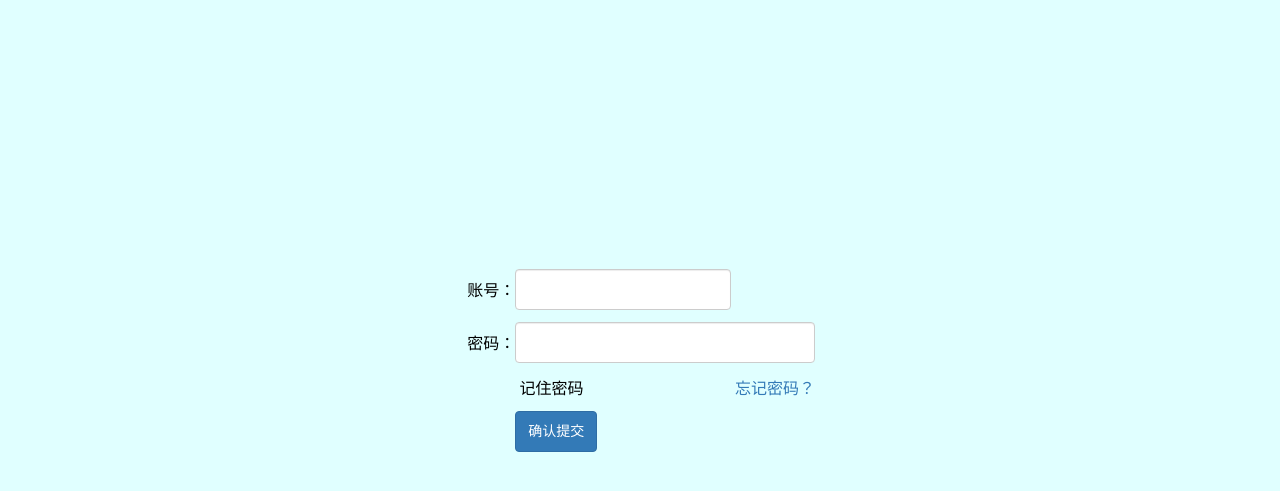
Repository: DeeFromChina/wechat
Page: http://localhost/wechat/jsp/login/login.jsp
An editor plug-in stored every save of this project. The page is shown before and after the next save, followed by the edit.
The browser window is 1280 px wide. The pictures show the whole page.
The page is served by Tomcat 9. Other server files are loaded and not shown.

Above is the page before, as saved 2018-02-12 07:24:45.

### wechat/web/jsp/login/login.jsp
<%@ page language="java" import="java.util.*" pageEncoding="UTF-8"%>

<!DOCTYPE HTML PUBLIC "-//W3C//DTD HTML 4.01 Transitional//EN">
<html>
<head>
<%@include file="../common/common.jsp"%>
<title></title>
<meta name="viewport" content="width=device-width, initial-scale=1" />
<link rel="stylesheet" href="<%=baseCss %>login/login.css?randomId=<%=Math.random()%>" type="text/css"/>
<style>
</style>
</head>
<script src="<%=baseJs %>web-frame/jquery.cookie.js?randomId=<%=Math.random()%>"></script>
<script src="<%=baseJs %>login/login.js?randomId=<%=Math.random()%>"></script>
<body bgcolor="#E0FFFF">
	<form id="dataForm">
		<table class="login-top">
			<col class="wi25"/>
			<col class="wi75"/>
			<tr>
				<td class="textR">
					<font class="font-14">账号：</font>
				</td>
				<td>
					<input type="text" id="name" name="name" class="form-control input-class" onkeydown="enter(event)">
				</td>
			</tr>
			<tr>
				<td class="textR">
					<font class="font-14">密码：</font>
				</td>
				<td colspan="3">
					<input type="password" id="password" name="password" class="form-control input-class" onkeydown="enter(event)">
				</td>
			</tr>
			<tr>
				<td>
				<td class="textL">
					<input type="hidden" id="remeberId" value="1" />
					<img id="remeber" class="remeberImg" onclick="changeRemeber()" />
					<font class="font-14 color9A9A9A">记住密码</font>
				</td>
				<td class="textR paddingRight19">
					<a onclick="javascipt:top.location.href='check_email1.jsp'" class="font-14 color00B38A hand">
						忘记密码？
					</a>
				</td>
				<td/>
			</tr>
			<tr>
				<td/>
				<td colspan="2">
					<button type="button" class="btn btn-primary submitBtn" onclick="goSubmit()">
						确认提交
					</button>
				</td>
				<td/>
			</tr>
		</table>
	</form>
</body>
</html>

### wechat/web/jsp/common/common.jsp
<%@ page language="java" import="java.util.*" pageEncoding="UTF-8"%>
<%
response.setHeader("Cache-Control","no-store");
response.setHeader("Pragrma","no-cache");
response.setDateHeader("Expires",0);
String basePath = request.getContextPath();
String baseJs = request.getContextPath() + "/js/";
String baseCss = request.getContextPath() + "/css/";
String baseJsp = request.getContextPath() + "/jsp/";
String baseImg = request.getContextPath() + "/img/";
%>
<!DOCTYPE HTML PUBLIC "-//W3C//DTD HTML 4.01 Transitional//EN">
<html>
<head>
<title>wechat</title>
<meta http-equiv="expires" content="0">
<meta http-equiv="keywords" content="keyword1,keyword2,keyword3">
<meta http-equiv="description" content="This is my page">
<meta http-equiv="Pragma" content="no-cache">
<meta http-equiv="Cache-control" content="no-cache">
<meta http-equiv="Cache" content="no-cache">
<link href="<%=baseCss %>web-frame/bootstrap.min.css?randomId=<%=Math.random()%>" rel="stylesheet">
<link href="<%=baseCss %>web-frame/base.css?randomId=<%=Math.random()%>" rel="stylesheet">
<link href="<%=baseCss %>web-frame/bootstrap-datetimepicker.min.css?randomId=<%=Math.random()%>" rel="stylesheet" />
<link href="<%=baseCss %>common/common.css?randomId=<%=Math.random()%>" type="text/css"/>
</head>
<script src="<%=baseJs %>web-frame/jquery-3.1.1.min.js?randomId=<%=Math.random()%>" type="text/javascript"></script>
<script src="<%=baseJs %>web-frame/jquery-ui.min.js?randomId=<%=Math.random()%>"></script>
<script src="<%=baseJs %>web-frame/bootstrap.js?randomId=<%=Math.random()%>"></script>
<script src="<%=baseJs %>web-frame/bootstrap-datetimepicker.js?randomId=<%=Math.random()%>" type="text/javascript"></script>
<script src="<%=baseJs %>web-frame/bootstrap-datetimepicker.zh-CN.js?randomId=<%=Math.random()%>" type="text/javascript"></script>
<script src="<%=baseJs %>web-frame/ajaxfileupload.js?randomId=<%=Math.random()%>" type="text/javascript"></script>
<script src="<%=baseJs %>common/form.js?randomId=<%=Math.random()%>" type="text/javascript"></script>
<script src="<%=baseJs %>common/page.js?randomId=<%=Math.random()%>" type="text/javascript"></script>
<script src="<%=baseJs %>common/dictionaries.js?randomId=<%=Math.random()%>" type="text/javascript"></script>
<script src="<%=baseJs %>common/ajaxSubmit.js?randomId=<%=Math.random()%>" type="text/javascript"></script>
<script src="<%=baseJs %>common/common.js?randomId=<%=Math.random()%>" type="text/javascript"></script>
<script src="<%=baseJs %>common/checkUtil.js?randomId=<%=Math.random()%>" type="text/javascript"></script>
<script src="<%=baseJs %>common/VCode.js?randomId=<%=Math.random()%>" type="text/javascript"></script>
<script src="<%=baseJs %>common/checkbox.js?randomId=<%=Math.random()%>" type="text/javascript"></script>
<script language="javascript">
</script>
<body>
<input type="button" id="closeListenerBtn" class="hide" onclick="closedialog()"/>
</body>
</html>

### wechat/web/css/web-frame/base.css
input:focus{
	-webkit-transition:border linear .2s,-webkit-box-shadow linear .5s;
	border:1px #CCCCCC solid;
	-webkit-box-shadow:0 0 0px rgba(255,255,255);
	outline:none;
}
button{
	height:41px;
}
button:focus{
	outline:none;
}
.btn-primary:hover{
	-webkit-box-shadow:0 0 0px rgba(255,255,255);
	border:1px #00B389 solid;
}
.textL {
	align: left;
	text-align: left;
}

.textR {
	align: right;
	text-align: right;
}

.textC {
	align: center;
	text-align: center;
}

.triangle-up {
	width: 0;
	height: 0;
	border-left: 5px solid transparent;
	border-right: 5px solid transparent;
	border-bottom: 10px solid #00B38A;
}
.triangle-down {
	width: 0;
	height: 0;
	border-left: 5px solid transparent;
	border-right: 5px solid transparent;
	border-top: 10px solid #FFF;
}
.triangle-left {
	width: 0;
	height: 0;
	border-top: 5px solid transparent;
	border-bottom: 5px solid transparent;
	border-right: 10px solid #00B38A;
}
.circleA {
    width: 15px;
    height: 15px;
    background: #00B38A;
    -moz-border-radius: 5px;
    -webkit-border-radius: 5px;
    border-radius: 10px;
}
.circleB {
    width: 15px;
    height: 15px;
    -moz-border-radius: 5px;
    -webkit-border-radius: 5px;
    border-radius: 10px;
    border:1px #999999 solid;
}
.top-button{
	height:59px !important;
	width:100px;
	line-height:50px;
	text-align:center;
	color:#FFF !important;
	background-color:#000 !important;
}

### wechat/web/js/common/form.js
var form = function(param){
	this.value = param.value;
	this.id    = param.id;

	f = this;

	this.sys = function(){
		alert(this.value);
	}
}

### wechat/web/js/common/page.js
/**
 *
 * 1使用攻略
 *
 * */
var pages = {
		"imgPath":"/hibernateMvc/img/",
		1:"login/use_strategy.jsp",
		2:"user_question.jsp",
		3:"firm_strategy.jsp",
		4:"mainfirm_question.jsp",
		5:"maincontact_assistant.jsp",
		6:"login/loginPC.jsp",
		7:"login/registerPC.jsp"
	};

### wechat/web/js/common/dictionaries.js
var urlPrefix = window.location.origin;
var projectName = "/hibernateMvc/";
var jspPath = urlPrefix+projectName+"autojsp/";
var rootPath = urlPrefix+projectName;
var doc = document;
var map = {};

var companyNature = "["
				+"{\"id\":\"1\",\"value\":\"创业公司\"},"
				+"{\"id\":\"2\",\"value\":\"上市企业\"},"
				+"{\"id\":\"3\",\"value\":\"国营企业\"},"
				+"{\"id\":\"4\",\"value\":\"外资企业\"},"
				+"{\"id\":\"5\",\"value\":\"政府机构\"}"
				+"]";
var companyScale = "["
				+"{\"id\":\"1\",\"value\":\"少于50人\"},"
				+"{\"id\":\"2\",\"value\":\"50-100人\"},"
				+"{\"id\":\"3\",\"value\":\"100-500人\"},"
				+"{\"id\":\"4\",\"value\":\"500-1000人\"},"
				+"{\"id\":\"5\",\"value\":\"1000人以上\"}"
				+"]";
var education = "["
				+"{\"id\":\"1\",\"value\":\"博士\"},"
				+"{\"id\":\"2\",\"value\":\"硕士\"},"
				+"{\"id\":\"3\",\"value\":\"研究生\"},"
				+"{\"id\":\"4\",\"value\":\"本科\"},"
				+"{\"id\":\"5\",\"value\":\"专科\"},"
				+"{\"id\":\"6\",\"value\":\"高中\"},"
				+"{\"id\":\"7\",\"value\":\"其他\"}"
				+"]";
var workTime = "["
				+"{\"id\":\"2\",\"value\":\"3年以下\"},"
				+"{\"id\":\"3\",\"value\":\"3年\"},"
				+"{\"id\":\"4\",\"value\":\"4年\"},"
				+"{\"id\":\"5\",\"value\":\"5年\"},"
				+"{\"id\":\"6\",\"value\":\"6年\"},"
				+"{\"id\":\"7\",\"value\":\"7年\"},"
				+"{\"id\":\"8\",\"value\":\"8年\"},"
				+"{\"id\":\"9\",\"value\":\"9年\"},"
				+"{\"id\":\"10\",\"value\":\"10年\"},"
				+"{\"id\":\"11\",\"value\":\"10年以上\"}"
				+"]";
var currency = "["
				+"{\"id\":\"1\",\"value\":\"人民币\"},"
				+"{\"id\":\"2\",\"value\":\"港币\"},"
				+"{\"id\":\"3\",\"value\":\"新台币\"},"
				+"{\"id\":\"4\",\"value\":\"美金\"}"
				+"]";

### wechat/web/js/common/ajaxSubmit.js
$.fn.serializeObject = function() {
	var data = {};
	var a = this.serializeArray();
	$.each(a, function() {
		if (data[this.name]) {
			if (!data[this.name].push) {
				data[this.name] = [ data[this.name] ];
			}
			data[this.name].push(this.value || '');
		} else {
			data[this.name] = this.value || '';
		}
	});
	dataForm = data;
	return data;
}

$.fn.populateForm = function(data){
    return this.each(function(){
        var formElem, name;
        if(data == null){this.reset(); return; }
        for(var i = 0; i < this.length; i++){
            formElem = this.elements[i];
            //checkbox的name可能是name[]数组形式
            name = (formElem.type == "checkbox")? formElem.name.replace(/(.+)\[\]$/, "$1") : formElem.name;
            if(data[name] == undefined) continue;
            switch(formElem.type){
                case "checkbox":
                    if(data[name] == ""){
                        formElem.checked = false;
                    }else{
                        //数组查找元素
                        if(data[name].indexOf(formElem.value) > -1){
                            formElem.checked = true;
                        }else{
                            formElem.checked = false;
                        }
                    }
                break;
                case "radio":
                    if(data[name] == ""){
                        formElem.checked = false;
                    }else if(formElem.value == data[name]){
                        formElem.checked = true;
                    }
                break;
                case "button": break;
                default: formElem.value = data[name];
            }
        }
    });
};

function ajaxSumbit(urllink, formId, index) {
	var link = projectName + urllink;
	var formIndex = "";
	if(formId != undefined && formId != ""){
		formIndex = "#" + formId;
	}
	var dataResult;
	$.ajax({
		url : link, // 自行按需配置好完整的url，包括ip和端口号
		type : "POST",
		datatype : "text",
		data : JSON.stringify($(formIndex).serializeObject()),
		contentType : "application/json",
		async:false,
		error: function(request) {
            alert("Connection error");
        },
        success: function(result) {
        	console.log(link);
        	console.log(result);
        	returnSuccess(link,formId,index,result);
        }
	});
}
function fileUpload(urllink, formId, files, index) {
	var obj = $("#"+formId).serializeObject();
	var str = "";
	for(var o in obj){
		str += "&"+o+"="+obj[o];
	}
	var link = projectName + urllink + str;
	var dataResult;
    $.ajaxFileUpload( {
        url : link,     //用于文件上传的服务器端请求地址
        secureuri : false,            //一般设置为false
        fileElementId : files,        //文件上传的id属性  <input type="file" id="file" name="file" />
        dataType : 'json',            //返回值类型 一般设置为json
        type : 'POST',
        error: function(result) {
            alert("Connection error");
        },
        success : function(result) {
        	console.log(link);
        	console.log(result);
        	returnSuccess(link,formId,index,result);
        }
    });
}
function returnSuccess(link,formId,index,result){
	if(result == undefined){
		alert("数据错误！");
	}
	if(result == 'unlogin'){
		alert("请重新登陆！");
		top.location.href = rootPath+"index.jsp";
	}
	if(result.msg != undefined){
		alert(result.msg);
		dataResult = undefined;
		return;
	}
	if(result.status == '1'){
		alert("数据错误！");
	}
	if(result.status == '2'){
		if(result.data[2].toString() != ''){
			alert(result.data[2]);
		}
		map["param"] = result.data[1];
		parent.$('#mainFrame').attr("src",jspPath+result.data[0]);
	}
	if(result.status == '3'){
		if(result.data[2].toString() != ''){
			alert(result.data[2]);
		}
		map["param"] = result.data[1];
		top.location.href = jspPath+result.data[0];
	}
	dataResult = result.data;
	if(dataResult == 'normal'){
		dataResult = undefined;
		return;
	}
	if(index != undefined){
		goSuccess(dataResult, index);
	}
}

### wechat/web/js/common/checkUtil.js
function checkValidateCode(checkInputId){
	if($("#"+checkInputId).val() == undefined || $("#"+checkInputId).val() == ""){
		alert("请输入验证码!");
		return false;
	}
	var isPass = validateCode.verify($("#"+checkInputId).val());
	if(!isPass){
		validateCode.update();
		alert("验证码错误，请重新输入!");
		return false;
	}
	return true;
}

function isEmpty(val,name,isEmpty){
	if(!isEmpty){
		if(val == ''){
			alert("请输入"+name);
			return false;
		}
	}
	return true;
}

/*用于校验对象是否为空，空就返回空字符串*/
function returnString(obj){
	return obj == undefined ? "" : obj;
}
function isNull(obj){
	if(obj != undefined && obj != null && obj != ""){
		return false;
	}
	return true;
}

function checkInput(val,name,len,isNull){
	if(!isEmpty(val,name,isNull)) return false;
	if(val.length > len){
		alert(name+"长度过长");
		return false;
	}
	return true;
}

function isEmail(val,name,isNull){
	if(!isEmpty(val,name,isNull)) return false;

	if(val != '') {
		var reg=/^([a-zA-Z0-9_-])+@([a-zA-Z0-9_-])+((\.[a-zA-Z0-9_-]{2,3}){1,2})$/;
		if(!reg.test(val)){
			alert("输入电子邮件格式不正确!");
			return false;
		}
	}
	return true;
}

function checkpsw(val,name,slen,blen,isNull){
	if(!isEmpty(val,name,isNull)) return false;
	if(val.length > slen || val.length < blen){
		alert(name+"长度要在"+slen+"~"+blen+"之间");
		return false;
	}
	return true;
}

function checkNum(val,name,len,isNull){
	if(!isEmpty(val,name,isNull)) return false;
	if(val != ''){
		if(isNaN(val)){
			alert(name+"不是数字形式！");
			return false;
		}
	}
	if(val.length > len){
		alert(name+"长度过长");
		return false;
	}
	return true;
}
/*判断是否数字,不允许数字以外的字符输入,配合onkeydown使用(noNumbers(event))*/
function noNumbers(e){
	var keynum;
	var keychar;
	var numcheck;

	 // IE
	if(window.event){
		keynum = e.keyCode
	}
	else if(e.which){ // Netscape/Firefox/Opera
		keynum = e.which
	}
	keychar = String.fromCharCode(keynum);
	numcheck = /\d/;
	return !numcheck.test(keychar);
}
function checkFile(elementId,type){
	var filepath = $('#'+elementId).val().split(".");
	var pressless = "";
	var msg = "";
	pressless = filepath[filepath.length-1];
	if(pressless == undefined){
		msg = "请上传正确格式的文件!";
	}else if(type == "photo"){
		if(pressless != 'jpg' && pressless != 'png' && pressless != 'gif'){
			msg = "请上传图片类型文件！";
		}
	}
	if(msg != ""){
		$('#'+elementId).val("");
		alert(msg);
		return false;
	}else{
		return true;
	}
}
function BrowserType(){
    var userAgent = navigator.userAgent; //取得浏览器的userAgent字符串
    var isOpera = userAgent.indexOf("Opera") > -1; //判断是否Opera浏览器
    var isIE = userAgent.indexOf("compatible") > -1 && userAgent.indexOf("MSIE") > -1 && !isOpera; //判断是否IE浏览器
    var isEdge = userAgent.indexOf("Windows NT 6.1; Trident/7.0;") > -1 && !isIE; //判断是否IE的Edge浏览器
    var isFF = userAgent.indexOf("Firefox") > -1; //判断是否Firefox浏览器
    var isSafari = userAgent.indexOf("Safari") > -1 && userAgent.indexOf("Chrome") == -1; //判断是否Safari浏览器
    var isChrome = userAgent.indexOf("Chrome") > -1 && userAgent.indexOf("Safari") > -1; //判断Chrome浏览器

	if (isIE){
		var reIE = new RegExp("MSIE (\\d+\\.\\d+);");
		reIE.test(userAgent);
		var fIEVersion = parseFloat(RegExp["$1"]);
		if(fIEVersion == 7)  { return "IE7";}
		else if(fIEVersion == 8)  { return "IE8";}
		else if(fIEVersion == 9)  { return "IE9";}
		else if(fIEVersion == 10) { return "IE10";}
		else if(fIEVersion == 11) { return "IE11";}
		else { return "0"}//IE版本过低
	}//isIE end

    if (isFF) {  return "FF";}
    if (isOpera) {  return "Opera";}
    if (isSafari) {  return "Safari";}
    if (isChrome) { return "Chrome";}
    if (isEdge) { return "Edge";}
 }

### wechat/web/js/common/VCode.js
function createValidateCode(codeName){
    var container = document.getElementById(codeName);
    var code = new vCode(container, {
        len: 4,
        bgColor: "#444444",
        colors: [
            "#DDDDDD",
            "#DDFF77",
            "#77DDFF",
            "#99BBFF",
            //"#7700BB",
            "#EEEE00"
        ]
    });
    return code;
}
(function(){
var randstr = function(length){
var key = {

    str : [
        'a','b','c','d','e','f','g','h','i','j','k','l','m',
        'o','p','q','r','s','t','x','u','v','y','z','w','n',
        '0','1','2','3','4','5','6','7','8','9'
    ],

    randint : function(n,m){
        var c = m-n+1;
        var num = Math.random() * c + n;
        return  Math.floor(num);
    },

    randStr : function(){
        var _this = this;
        var leng = _this.str.length - 1;
        var randkey = _this.randint(0, leng);
        return _this.str[randkey];
    },

    create : function(len){
        var _this = this;
        var l = len || 10;
        var str = '';

        for(var i = 0 ; i<l ; i++){
            str += _this.randStr();
        }

        return str;
    }

};

length = length ? length : 10;

return key.create(length);
};

var randint = function(n,m){
var c = m-n+1;
var num = Math.random() * c + n;
return  Math.floor(num);
};

var vCode = function(dom, options){
this.codeDoms = [];
this.lineDoms = [];
this.initOptions(options);
this.dom = dom;
this.init();
this.addEvent();
this.update();
this.mask();
};

vCode.prototype.init = function(){
this.dom.style.position = "relative";
this.dom.style.overflow = "hidden";
this.dom.style.cursor = "pointer";
this.dom.title = "点击更换验证码";
this.dom.style.background = this.options.bgColor;
this.w = this.dom.clientWidth;
this.h = this.dom.clientHeight;
this.uW = this.w / this.options.len;
};

vCode.prototype.mask = function(){
var dom = document.createElement("div");
dom.style.cssText = [
    "width: 100%",
    "height: 100%",
    "left: 0",
    "top: 0",
    "position: absolute",
    "cursor: pointer",
    "z-index: 9999999"
].join(";");

dom.title = "点击更换验证码";

this.dom.appendChild(dom);
};

vCode.prototype.addEvent = function(){
var _this = this;
_this.dom.addEventListener("click", function(){
    _this.update.call(_this);
});
};

vCode.prototype.initOptions = function(options){

var f = function(){
    this.len = 4;
    this.fontSizeMin = 20;
    this.fontSizeMax = 48;
    this.colors = [
        "green",
        "red",
        "blue",
        "#53da33",
        "#AA0000",
        "#FFBB00"
    ];
    this.bgColor = "#FFF";
    this.fonts = [
        "Times New Roman",
        "Georgia",
        "Serif",
        "sans-serif",
        "arial",
        "tahoma",
        "Hiragino Sans GB"
    ];
    this.lines = 8;
    this.lineColors = [
        "#888888",
        "#FF7744",
        "#888800",
        "#008888"
    ];

    this.lineHeightMin = 1;
    this.lineHeightMax = 3;
    this.lineWidthMin = 1;
    this.lineWidthMax = 60;
};

this.options = new f();

if(typeof options === "object"){
    for(i in options){
        this.options[i] = options[i];
    }
}
};

vCode.prototype.update = function(){
for(var i=0; i<this.codeDoms.length; i++){
    this.dom.removeChild(this.codeDoms[i]);
}
for(var i=0; i<this.lineDoms.length; i++){
    this.dom.removeChild(this.lineDoms[i]);
}
this.createCode();
this.draw();
};

vCode.prototype.createCode = function(){
this.code = randstr(this.options.len);
};

vCode.prototype.verify = function(code){
	return this.code === code;
};

vCode.prototype.realcode = function(){
	return this.code;
};

vCode.prototype.draw = function(){
this.codeDoms = [];
for(var i=0; i<this.code.length; i++){
    this.codeDoms.push(this.drawCode(this.code[i], i));
}

this.drawLines();
};

vCode.prototype.drawCode = function(code, index){
var dom = document.createElement("span");

dom.style.cssText = [
    "font-size:" + randint(this.options.fontSizeMin, this.options.fontSizeMax) + "px",
    "color:" + this.options.colors[randint(0,  this.options.colors.length - 1)],
    "position: absolute",
    "left:" + randint(this.uW * index, this.uW * index + this.uW - 10) + "px",
    "top:" + randint(0, this.h - 30) + "px",
    "transform:rotate(" + randint(-30, 30) + "deg)",
    "-ms-transform:rotate(" + randint(-30, 30) + "deg)",
    "-moz-transform:rotate(" + randint(-30, 30) + "deg)",
    "-webkit-transform:rotate(" + randint(-30, 30) + "deg)",
    "-o-transform:rotate(" + randint(-30, 30) + "deg)",
    "font-family:" + this.options.fonts[randint(0, this.options.fonts.length - 1)],
    "font-weight:" + randint(400, 900)
].join(";");

dom.innerHTML = code;
this.dom.appendChild(dom);

return dom;
};

vCode.prototype.drawLines = function(){
this.lineDoms = [];
for(var i=0; i<this.options.lines; i++){
    var dom = document.createElement("div");

    dom.style.cssText = [
        "position: absolute",
        "opacity: " + randint(3, 8) / 10,
        "width:" + randint(this.options.lineWidthMin, this.options.lineWidthMax) + "px",
        "height:" + randint(this.options.lineHeightMin, this.options.lineHeightMax) + "px",
        "background: " + this.options.lineColors[randint(0, this.options.lineColors.length - 1)],
        "left:" + randint(0, this.w - 20) + "px",
        "top:" + randint(0, this.h) + "px",
        "transform:rotate(" + randint(-30, 30) + "deg)",
        "-ms-transform:rotate(" + randint(-30, 30) + "deg)",
        "-moz-transform:rotate(" + randint(-30, 30) + "deg)",
        "-webkit-transform:rotate(" + randint(-30, 30) + "deg)",
        "-o-transform:rotate(" + randint(-30, 30) + "deg)",
        "font-family:" + this.options.fonts[randint(0, this.options.fonts.length - 1)],
        "font-weight:" + randint(400, 900)
    ].join(";");
    this.dom.appendChild(dom);

    this.lineDoms.push(dom);
}
};

this.vCode = vCode;

}).call(this);

### wechat/web/css/login/login.css
.login-top{
	width: 100%;
	border-collapse:separate;
	border-spacing:0px 12.5px;
}
#dataForm{
	width:350px;
}

### wechat/web/js/login/login.js
$(window).resize(function(){
    $("#dataForm").css({
        position: "absolute",
        left: ($(window).width() - $("#dataForm").outerWidth())/2,
        top: ($(window).height() - $("#dataForm").outerHeight())/2
    });
});
$(function(){
	console.log($(window).width());
	console.log($("#dataForm").outerWidth());
    $(window).resize();
});

Loaded but not shown: wechat/web/css/web-frame/bootstrap.min.css (library); wechat/web/css/web-frame/bootstrap-datetimepicker.min.css (library); wechat/web/js/web-frame/jquery-3.1.1.min.js (library); wechat/web/js/web-frame/jquery-ui.min.js (library); wechat/web/js/web-frame/bootstrap.js (library); wechat/web/js/web-frame/bootstrap-datetimepicker.js (library); wechat/web/js/web-frame/bootstrap-datetimepicker.zh-CN.js (common file); wechat/web/js/web-frame/jquery.cookie.js (library); wechat/web/js/common/common.js (500 lines, source omitted); wechat/web/js/web-frame/ajaxfileupload.js (244 lines, source omitted); wechat/web/js/common/checkbox.js (267 lines, source omitted)

After the next save:
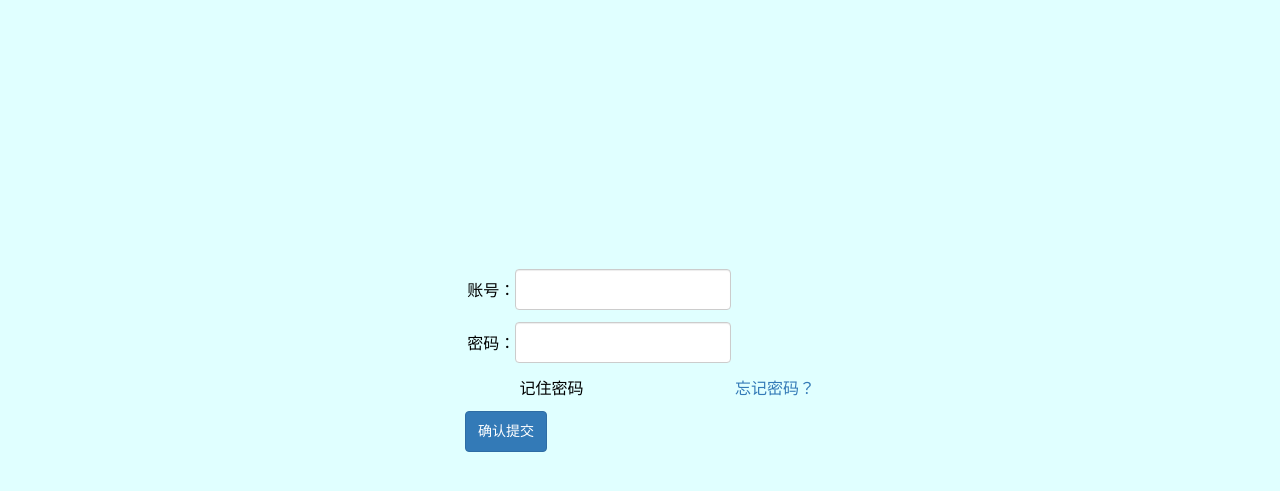
Saved 25 s later.
--- a/wechat/web/jsp/login/login.jsp
+++ b/wechat/web/jsp/login/login.jsp
@@ -29,7 +29,7 @@
 				<td class="textR">
 					<font class="font-14">密码：</font>
 				</td>
-				<td colspan="3">
+				<td>
 					<input type="password" id="password" name="password" class="form-control input-class" onkeydown="enter(event)">
 				</td>
 			</tr>
@@ -48,13 +48,11 @@
 				<td/>
 			</tr>
 			<tr>
-				<td/>
 				<td colspan="2">
 					<button type="button" class="btn btn-primary submitBtn" onclick="goSubmit()">
 						确认提交
 					</button>
 				</td>
-				<td/>
 			</tr>
 		</table>
 	</form>
